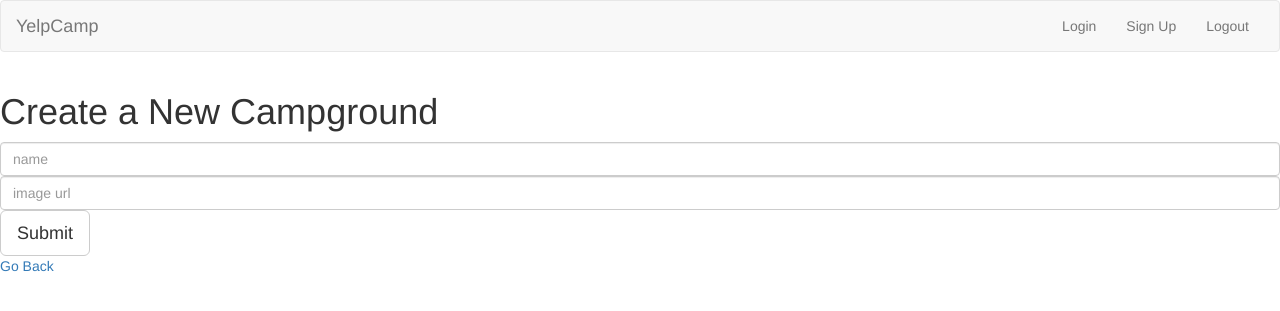
Repository: iceljc/web-development
Page: http://localhost/campgrounds/new
The author's editor kept a record of every edit. The page is drawn from the files as they stood at one moment, then again after the next edit.
The browser window is 1280 px wide. The pictures show the whole page.
The page is served by the project's Node server (YelpCamp/v1/app.js).

Above is the page before.

After the next edit:
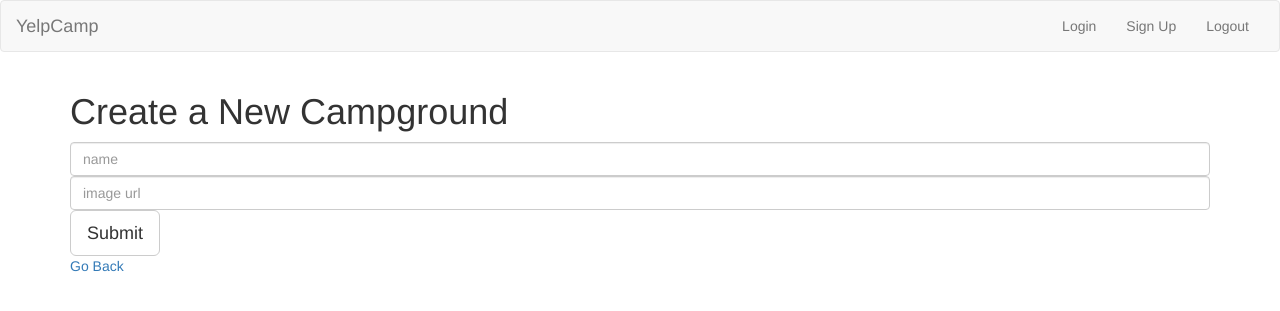
The edit:
--- a/YelpCamp/v1/views/new.ejs
+++ b/YelpCamp/v1/views/new.ejs
@@ -1,17 +1,17 @@
 <% include partials/header %>
 
 <div class="container">
+    <h1>Create a New Campground</h1>
 
+    <form action="/campgrounds" method="POST">
+        <input class="form-control" type="text" name="name" placeholder="name">
+        <input class="form-control" type="text" name="image" placeholder="image url">
+        <button class="btn btn-lg btn-default">Submit</button>
+    </form>
+
+    <a href="/campgrounds">Go Back</a>
 </div>
 
-<h1>Create a New Campground</h1>
 
-<form action="/campgrounds" method="POST">
-    <input class="form-control" type="text" name="name" placeholder="name">
-    <input class="form-control" type="text" name="image" placeholder="image url">
-    <button class="btn btn-lg btn-default">Submit</button>
-</form>
-
-<a href="/campgrounds">Go Back</a>
 
 <% include partials/footer %>
